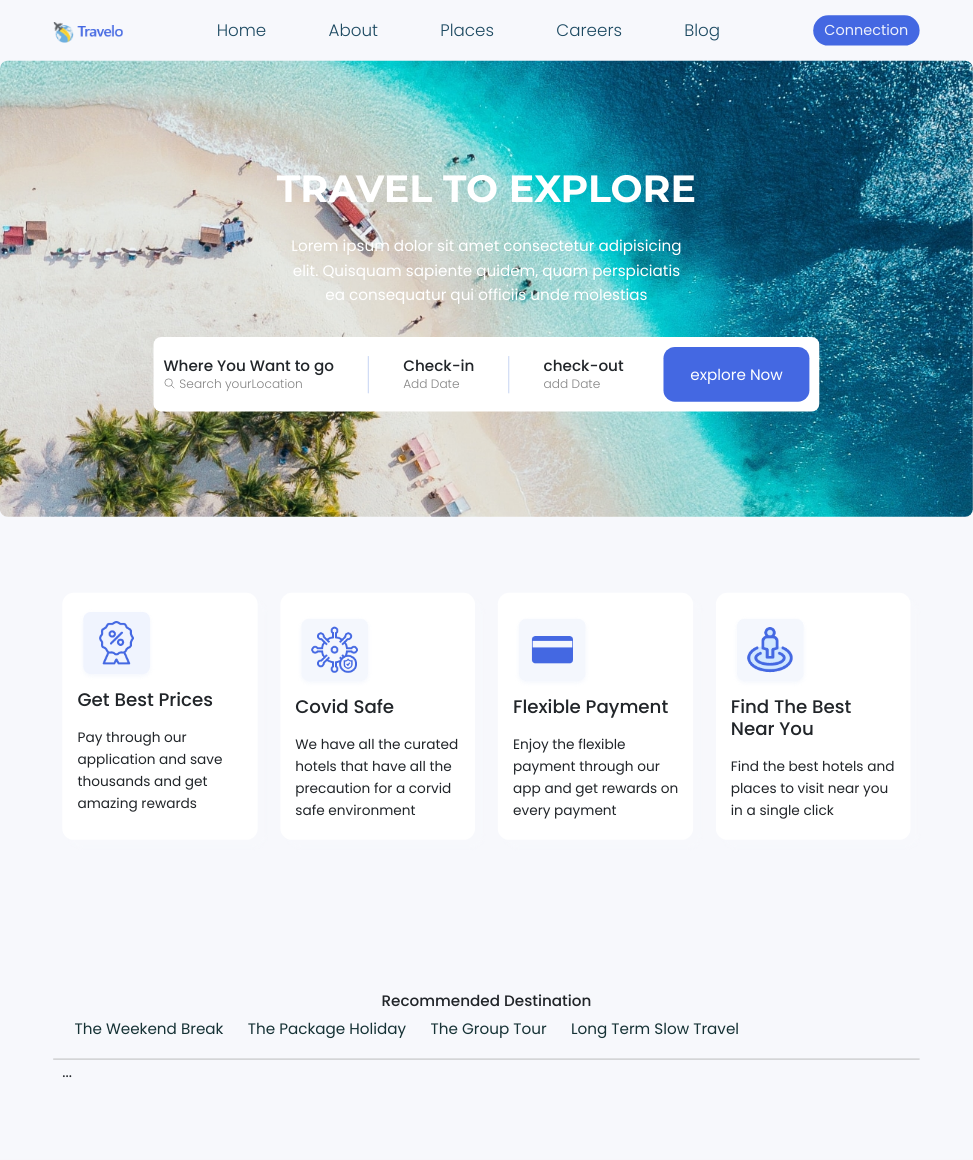
Repository: kuluong2000/travel
Page: index.html
These files come from the project's save history. The page is drawn as it stood at one moment and after the next save; the edit follows.
The browser window is 1280 px wide. The pictures show the whole page, at 76% of full size.
The style sheet was rebuilt from its Sass, Less or Tailwind sources for each picture, by a compiler version that may differ from the author's.

Above is the page before, as saved 2021-09-09 20:21:22.

### index.html
<!DOCTYPE html>
<html lang="en">
  <head>
    <meta charset="UTF-8" />
    <meta http-equiv="X-UA-Compatible" content="IE=edge" />
    <meta name="viewport" content="width=device-width, initial-scale=1.0" />
    <link rel="stylesheet" href="./libs/css/bootstrap.min.css" />
    <link rel="stylesheet" href="./libs/css/animate.css" />
    <link rel="stylesheet" href="./libs/css/slick-theme.css" />
    <link rel="stylesheet" href="./libs/css/slick.css" />
    <link rel="stylesheet" href="./assets/css/reset.css" />
    <link rel="stylesheet" href="./assets/css/style.css" />
    <link rel="stylesheet" href="./assets/css/responsive.css" />
    <title>Document</title>
  </head>
  <body>
    <header class="header">
      <div class="container">
        <div class="row">
          <div class="header__main">
            <div class="header__logo">
              <a href="/">
                <img src="./assets/image/logo.png" alt="" srcset="" />
              </a>
            </div>
            <div class="sub-menu">
              <div class="line1"></div>
              <div class="line2"></div>
              <div class="line3"></div>
            </div>
            <nav>
              <ul class="header__menu">
                <li class="header__menu__item">
                  <a class="header__mennu__item__link" href="/">Home</a>
                </li>
                <li class="header__menu__item">
                  <a class="header__mennu__item__link" href="/">About</a>
                </li>
                <li class="header__menu__item">
                  <a class="header__mennu__item__link" href="/">Places</a>
                </li>
                <li class="header__menu__item">
                  <a class="header__mennu__item__link" href="/">Careers</a>
                </li>
                <li class="header__menu__item">
                  <a class="header__mennu__item__link" href="/">Blog</a>
                </li>
              </ul>
            </nav>
            <a href="#" class="header__conn"> Connection </a>
          </div>
        </div>
      </div>
    </header>
    <main>
      <section class="banner">
        <div class="container">
          <div class="row">
            <div class="banner__main">
              <div class="banner__main__top">
                <h1 class="banner__main__title">Travel To explore</h1>
                <p class="banner__main__desc">Lorem ipsum dolor sit amet consectetur adipisicing elit. Quisquam sapiente quidem, quam perspiciatis ea consequatur qui officiis unde molestias</p>
              </div>
              <div class="banner__main__bottom">
                <div class="banner__main_list">
                  <div class="banner__main__item">
                    <h4 class="banner__main__item__caption">Where You Want to go</h4>
                    <a href="/" class="banner__main__item__desc">
                      <ion-icon name="search-outline" class="banner__main__item__desc--icon"> </ion-icon>
                      <p>Search yourLocation</p>
                    </a>
                  </div>
                  <div class="banner__main__item">
                    <h4 class="banner__main__item__caption">Check-in</h4>
                    <a href="/" class="banner__main__item__desc">Add Date</a>
                  </div>
                  <div class="banner__main__item">
                    <h4 class="banner__main__item__caption">check-out</h4>
                    <a href="/" class="banner__main__item__desc">add Date</a>
                  </div>
                </div>
                <a href="/" class="banner__btn"> explore Now</a>
              </div>
            </div>
          </div>
        </div>
      </section>
      <section class="about">
        <div class="container">
          <div class="row">
            <div class="about__main">
              <div class="about__item">
                <img src="./assets/image/bestPrices.png" alt="" class="about__item--img" />
                <div class="about__item__info">
                  <h4 class="about__item--title">Get Best Prices</h4>
                  <p class="about__item--desc">Pay through our application and save thousands and get amazing rewards</p>
                </div>
              </div>
              <div class="about__item">
                <img src="./assets/image/covidSafe.png" alt="" class="about__item--img" />
                <div class="about__item__info">
                  <h4 class="about__item--title">Covid Safe</h4>
                  <p class="about__item--desc">We have all the curated hotels that have all the precaution for a corvid safe environment</p>
                </div>
              </div>

              <div class="about__item">
                <img src="./assets/image/payment.png" alt="" class="about__item--img" />
                <div class="about__item__info">
                  <h4 class="about__item--title">Flexible Payment</h4>
                  <p class="about__item--desc">Enjoy the flexible payment through our app and get rewards on every payment</p>
                </div>
              </div>
              <div class="about__item">
                <img src="./assets/image/nearYou.png" alt="" class="about__item--img" />
                <div class="about__item__info">
                  <h4 class="about__item--title">Find The Best Near You</h4>
                  <p class="about__item--desc">Find the best hotels and places to visit near you in a single click</p>
                </div>
              </div>
            </div>
          </div>
        </div>
      </section>
      <section class="destination">
        <div class="container">
          <div class="row">
            <h2 class="destination__title">Recommended Destination</h2>
            <div class="destination__menu">
              <ul class="nav nav-pills mb-3" id="pills-tab" role="tablist">
                <li class="nav-item destination__menu__item" role="presentation">
                  <button
                    class="nav-link destination__menu__link active"
                    id="pills-home-tab"
                    data-bs-toggle="pill"
                    data-bs-target="#pills-home"
                    type="button"
                    role="tab"
                    aria-controls="pills-home"
                    aria-selected="true"
                  >
                    The Weekend Break
                  </button>
                </li>
                <li class="nav-item destination__menu__item" role="presentation">
                  <button
                    class="nav-link destination__menu__link"
                    id="pills-profile-tab"
                    data-bs-toggle="pill"
                    data-bs-target="#pills-profile"
                    type="button"
                    role="tab"
                    aria-controls="pills-profile"
                    aria-selected="false"
                  >
                    The Package Holiday
                  </button>
                </li>
                <li class="nav-item destination__menu__item" role="presentation">
                  <button
                    class="nav-link destination__menu__link"
                    id="pills-contact-tab"
                    data-bs-toggle="pill"
                    data-bs-target="#pills-contact"
                    type="button"
                    role="tab"
                    aria-controls="pills-contact"
                    aria-selected="false"
                  >
                    The Group Tour
                  </button>
                </li>
                <li class="nav-item destination__menu__item" role="presentation">
                  <button
                    class="nav-link destination__menu__link"
                    id="pills-contact-tab"
                    data-bs-toggle="pill"
                    data-bs-target="#pills-contact"
                    type="button"
                    role="tab"
                    aria-controls="pills-contact"
                    aria-selected="false"
                  >
                    Long Term Slow Travel
                  </button>
                </li>
              </ul>
            </div>
            <div class="tab-content" id="pills-tabContent">
              <div class="tab-pane fade show active" id="pills-home" role="tabpanel" aria-labelledby="pills-home-tab">...</div>
              <div class="tab-pane fade" id="pills-profile" role="tabpanel" aria-labelledby="pills-profile-tab">...</div>
              <div class="tab-pane fade" id="pills-contact" role="tabpanel" aria-labelledby="pills-contact-tab">...</div>
            </div>
          </div>
        </div>
      </section>
    </main>

    <script src="./libs/Js/jquery-3.5.1.slim.min.js"></script>
    <script type="module" src="https://unpkg.com/ionicons@5.5.2/dist/ionicons/ionicons.esm.js"></script>
    <script nomodule src="https://unpkg.com/ionicons@5.5.2/dist/ionicons/ionicons.js"></script>
    <script src="./libs/Js/bootstrap.min.js"></script>
    <script src="./libs/Js/slick.min.js"></script>
    <script src="./libs/Js/wow.js"></script>
    <script src="./assets/Js/main.js"></script>
  </body>
</html>

### assets/css/reset.css
html, body, div, span, applet, object, iframe,
h1, h2, h3, h4, h5, h6, p, blockquote, pre,
a, abbr, acronym, address, big, cite, code,
del, dfn, em, img, ins, kbd, q, s, samp,
small, strike, strong, sub, sup, tt, var,
b, u, i, center,
dl, dt, dd, ol, ul, li,
fieldset, form, label, legend,
table, caption, tbody, tfoot, thead, tr, th, td,
article, aside, canvas, details, embed,
figure, figcaption, footer, header, hgroup,
menu, nav, output, ruby, section, summary,
time, mark, audio, video {
	margin: 0;
	padding: 0;
	border: 0;
	font-size: 100%;
	vertical-align: baseline;
}
/* HTML5 display-role reset for older browsers */
article, aside, details, figcaption, figure,
footer, header, hgroup, menu, nav, section {
	display: block;
}
* {
	box-sizing: border-box;
}
body {
	line-height: 1;
  font-family: 'Muli', sans-serif;


  font-style: normal;
  font-weight: normal;
  font-size: 16px;
  line-height: 32px;
}
ol, ul {
	list-style: none;
}
blockquote, q {
	quotes: none;
}
blockquote:before, blockquote:after,
q:before, q:after {
	content: '';
	content: none;
}
table {
	border-collapse: collapse;
	border-spacing: 0;
}

img {
  max-width: 100%;
	vertical-align: bottom;
}
a {
	outline: none;
}

### assets/css/responsive.css

@media (min-width:1920px){
    .container{
        max-width: 1804px;
    }
}
@media (min-width:1400px) and (max-width:1919px){
    .about {
        padding: 115px 0px;
    }
    .about__main {
        grid-column-gap: 30px;

    }
    .about__item {
    padding: 29px 30px 25px 26px;
}
}
@media (min-width:1200px) and (max-width:1399px){
    .about {
        padding: 100px 0px;
    }
    .about__main {
        grid-column-gap: 30px;
    }

    .about__item--desc {
      font-size: 18px;
    }
    .about__item:first-child {
        padding: 20px 23px 13px 20px;
    }
    .about__item:nth-child(2) {
        padding: 29px 10px 25px 20px;
    }
    .about__item:nth-child(3) {
     padding: 29px 14px 25px 20px;
    }
    .about__item:last-child {
        padding: 29px 20px 10px 20px;
    }
}
@media (min-width:992px) and (max-width:1199px){
    .header__menu__item:not(:first-child) {
        margin-left: 65px;
    }
    .about__main {

        grid-column-gap: 20px;
    }
    .about__item:first-child,
    .about__item:nth-child(2),
    .about__item:nth-child(3),
    .about__item:last-child {
        padding: 29px 10px 15px 15px;
    }
    .about__item--desc {
        font-size: 16px;
    }
    .about__item--title {
        font-size: 20px;
    }
}
@media (min-width:768px) and (max-width:991px){
    .header__menu__item:not(:first-child) {
        margin-left: 25px;
    }
    .header__conn {

        font-size: 16px;
        padding: 3px 10px;
    }
    /* banner */
    .header__mennu__item__link {
        font-size: 20px;
    }
    .banner {
        min-height: 450px;
    }
    .banner__main__item:not(:last-child) {
        margin-right: 15px;
        padding-right: 10px;
    }
    .banner__main__title {
        font-size: 30px;
    }
    .banner__main__desc {
        width: 70%;
        margin-bottom: 20px;
    }
    .banner__main__bottom {
        width: 85%;
        padding: 13px;
        margin: 0 auto;
    }
    .banner__btn {
        padding: 10px 15px;
    }
    .banner__main__item__caption {
        font-size: 18px;
    }
    /* about */
    .about {
         padding: 50px;
    }
    .about__main {
        grid-template-columns: repeat(2, 1fr);
        grid-column-gap: 30px;
        grid-row-gap: 30px;
    }

    .about__item:first-child {
        padding: 29px 30px 21px 26px;
    }

    .about__item:nth-child(2) {
        padding: 29px 18px 25px 15px;
    }
    .about__item--title {
         font-size: 20px;
      }
}
@media  (max-width:767px){
    .container{
        max-width: 100%;
        padding: 0 1.5%;
        margin:0 ;
    }

    .header__main {
        padding: 10px;
    }
    .header__menu {
        position: absolute;
        flex-direction: column;
        background: #1C4961;
        width: 100%;
        height: 100vh;
        left: 0;
        top: 50px;
        transition: 0.5s ;
        transform: translateX(-100%);
        justify-content: unset;
        z-index: 999;
    }
    .header__menu.active{
        transform: translateX(0);
    }
    .header__mennu__item__link {
        color: white;;
    }
    .sub-menu{
        display: block;
        left: 90%;
        top: 50%;
        transform: translate(-50%,-50%);
    }
    .header__menu__item:not(:first-child) {
        margin-left: 0;
    }
    .header__menu__item{
        margin-top: 30px;
    }
    .header__conn {
        font-size: 14px;
        position: absolute;
        padding: 3px 10px;
        right: 20%;
    }
    /* banner */
    .banner {
         min-height: 40vh;
    }
    .banner__main__bottom {
         display: none;
    }
    .banner__main__title {
        font-size: 5vw;
    }
    .banner__main__desc {
        width: 90vw;
        margin-bottom: 20px;
        font-size: 3vw;
    }
    /* about */
    .about {
        padding: 40px 0;
    }
    .about__main {
        grid-template-columns: repeat(1, 1fr);
        grid-row-gap: 10px;
    }
    .about__item--img {
        width: 70px;
        height: auto;
    }
    .about__item--title {
        font-size: 18px;
        margin-bottom: 10px;
    }
    .about__item--desc {
         font-size: 16px;
    }
    .about__item:first-child,
    .about__item:nth-child(2),
    .about__item:nth-child(3),
    .about__item:last-child {
        padding: 25px 10px 15px 20px;
    }

}

### assets/Js/main.js
const sub_menu = document.querySelector('.sub-menu');
const menu = document.querySelector('.header__menu');
sub_menu.addEventListener('click', ()=>{
    sub_menu.classList.toggle('active');;
    menu.classList.toggle('active');
})

### assets/sass/style.scss
@import "global";
@import "variable";
@import "header";
@import "banner";
@import "about";
@import "destination";

### assets/sass/_global.scss
@import url('https://fonts.googleapis.com/css2?family=Montserrat:wght@300;400;500;600;700;800;900&family=Poppins:wght@300;400;500;600;700;800;900&display=swap');
*{
    padding: 0;
    margin: 0;
    box-sizing: border-box;
}
body{
    font-family: 'Poppins', sans-serif;
    line-height: 1.6;
    font-size: 20px;
    background-color: rgb(247,248,252);
}

### assets/sass/_variable.scss
$color-white:#FFFFFF;
$color-dark-blue:#1C4961;

$color-blue:#4468E2;
$color-light-blue:#E1E8F8;
$color-black:#000000;
$color-text:#163235;
$color-gray:#848484

### assets/sass/_header.scss
.header{
    position: relative;
    &__main{
        display:flex;
        justify-content: space-between;
        align-items: center;
        padding:20px 0

    }
    &__logo{
        display: inline-block;

    }
    &__menu{
        display:flex;
        justify-content: space-between;
        align-items: center;

    }
    &__menu__item:not(:first-child){
        margin-left: 82px;
    }
    &__mennu__item__link{
        text-decoration: none;
        color: $color-dark-blue;
        font-size: 22px;
        position: relative;
        font-weight: 300;
        transition: 0.5s;
        &::after{
            content: '';
            position: absolute;
            width: 100%;
            height: 2px;
            background-color: $color-blue;
            left: 0;
            bottom: 0;
            transition: 0.5s;
            transform: scale(0);
        }
        &:hover{
            color: $color-dark-blue;
            font-weight: 400;
        }
        &:hover::after{
            transform: scale(1);
        }
    }
    &__conn{
        text-decoration: none;
        background-color: $color-blue;
        color:rgba($color-white, $alpha: 0.9) ;
        font-size: 19px;
        border-radius: 25px;
        padding:5px 15px;
        transition: 0.5s;

        &:hover{
             color:rgba($color-white, $alpha: 1) ;
            background-color: $color-dark-blue;
        }
    }
}
.sub-menu{
    position: absolute;
    display: none;
}
.sub-menu div {
    cursor: pointer;
    width: 25px;
    height: 3px;
    background-color: $color-dark-blue;
    margin: 5px;
    transition: transform 0.5s linear;
}
.active .line1{
    transform:  rotate(-45deg) translate(-5px,6px);
}
.active .line2{
    opacity: 0;
}
.active .line3{
    transform: rotate(45deg) translate(-5px, -6px);
}

### assets/sass/_banner.scss
.banner{
    background: url(../image/banner.jpg) no-repeat center /  cover;
    min-height: 600px;
    border-radius: 10px;
    position: relative;

  &__main{
      position:absolute;
      width:max-content;
      top: 50%;
      left: 50%;
      transform: translate(-50%,-50%);
}
  &__main__top{

    text-align: center;

}
  &__main__title{
    font-size: 50px;
    font-family: 'Montserrat',sans-serif;
    font-weight: bold;
    text-transform: uppercase;
    color: white;
    margin-bottom: 29px;
}
  &__main__desc{
    color:$color-white;
    width: 540px;
    margin: 0 auto 40px;
}
  &__main__bottom{
    background-color: white;
    display: flex;
    width: 876px;
    justify-content: space-between;
    align-items: center;
    padding: 13px;
    border-radius: 10px;

}
  &__main_list{
    display: flex;
    justify-content: space-between;
    align-items: center;

}
  &__main__item:not(:last-child){
      margin-right: 45px;
      padding-right: 45px;
      border-right: 1px solid #B4C6EE;

}
  &__main__item__caption{

}
  &__main__item__desc{
    text-decoration: none;
    font-weight: 300;
    color: $color-gray;
    font-size: 16px;
    display: flex;

    align-items: center;
    &:hover{
        color: $color-gray;
    }
    &--icon{
        margin-right: 5px;
    }

}
  &__btn{
    padding: 20px 35px;
    color: $color-white;
    background-color: $color-blue;
    border-radius: 15px;
    text-decoration: none;
    &:hover{
        color: $color-white;
    }
}

}

### assets/sass/_about.scss
.about {
    padding: 178px 0;
  &__main{
    display: grid;
    grid-template-columns: repeat(4,1fr);
    grid-column-gap: 100px;
}
  &__item{

    background-color:$color-white;
    border-radius: 15px;
    box-shadow: 10px 10px 5px 0px rgba(247,248,252,0.75);

    display: flex;
    flex-direction: column;
    &:first-child{
        padding: 29px 68px 21px 26px;
    }
    &:nth-child(2){
         padding: 29px 58px 25px 26px;
    }
    &:nth-child(3){
         padding: 29px 14px 51px 31px;
    }
    &:last-child{
        padding: 29px 33px 51px 24px;
    }


}
  &__item__info{
      margin-top: 10px;
    display: flex ;
    flex-direction: column;
    flex: 1;

  }
  &__item--img{
    width: 103px;
    height: 97px;

}
  &__item--title{
    font-size: 24px;
    margin-bottom: 20px;
}
  &__item--desc{
    font-size: 18px;
}
}

### assets/sass/_destination.scss
.destination{
    padding: 100px 0;
    &__title{

        text-align: center;
    }
    &__menu{
        width: 1200px;
        margin: 0 auto;

        border-bottom:  1px solid #A7A7A7;
        &__item{

        }
        &__link{
            color: $color-text;
        }
        &__link.active{
            background-color: transparent !important;
            color: $color-text !important;
        }
    }



}

Loaded but not shown: libs/css/bootstrap.min.css (library); libs/css/animate.css (library); libs/css/slick-theme.css (library); libs/css/slick.css (common file); libs/Js/jquery-3.5.1.slim.min.js (library); libs/Js/bootstrap.min.js (library); libs/Js/slick.min.js (library); libs/Js/wow.js (library)

After the next save:
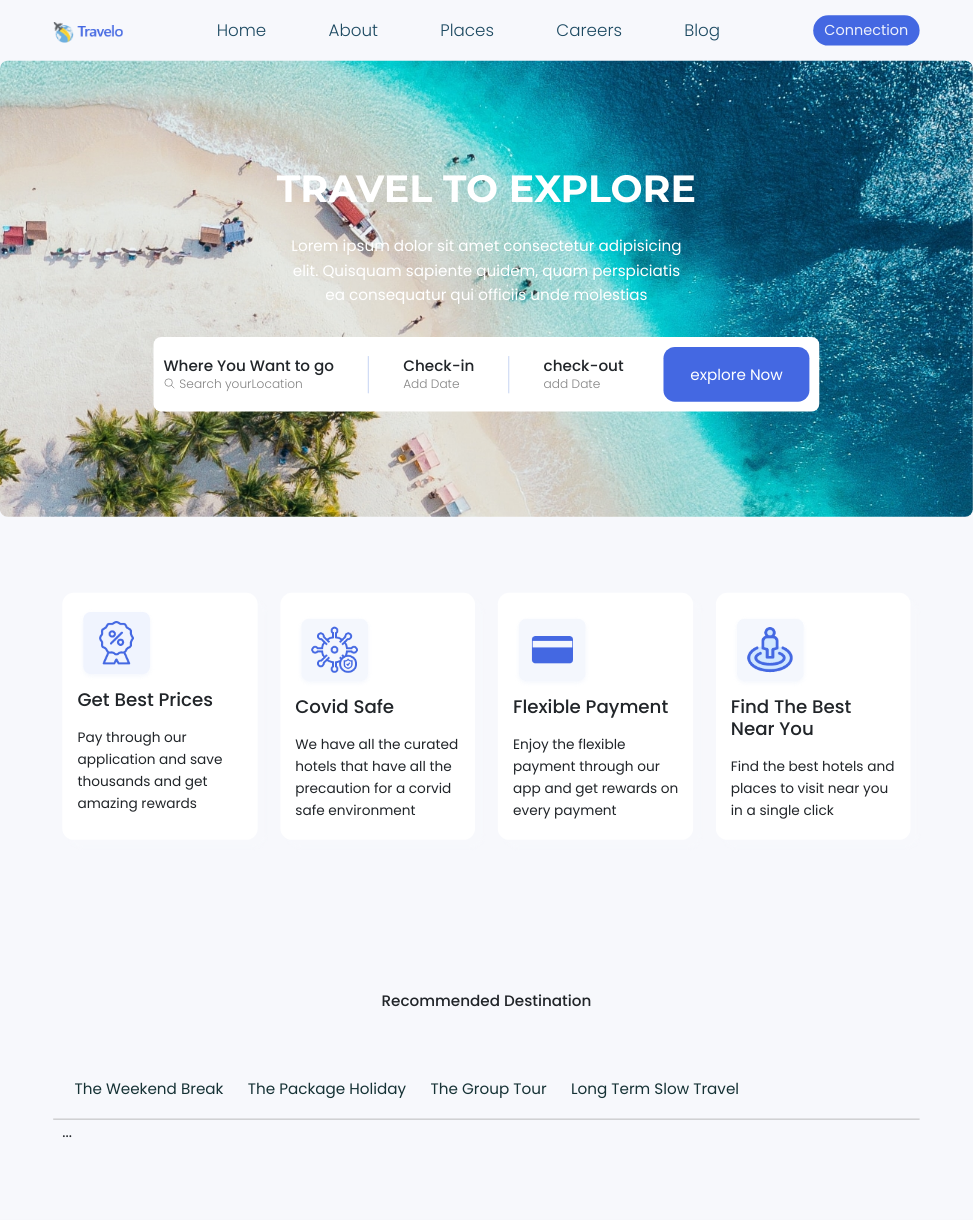
Saved 17 s later.
--- a/assets/sass/_destination.scss
+++ b/assets/sass/_destination.scss
@@ -1,7 +1,7 @@
 .destination{
     padding: 100px 0;
     &__title{
-
+        margin-bottom:79px;
         text-align: center;
     }
     &__menu{
